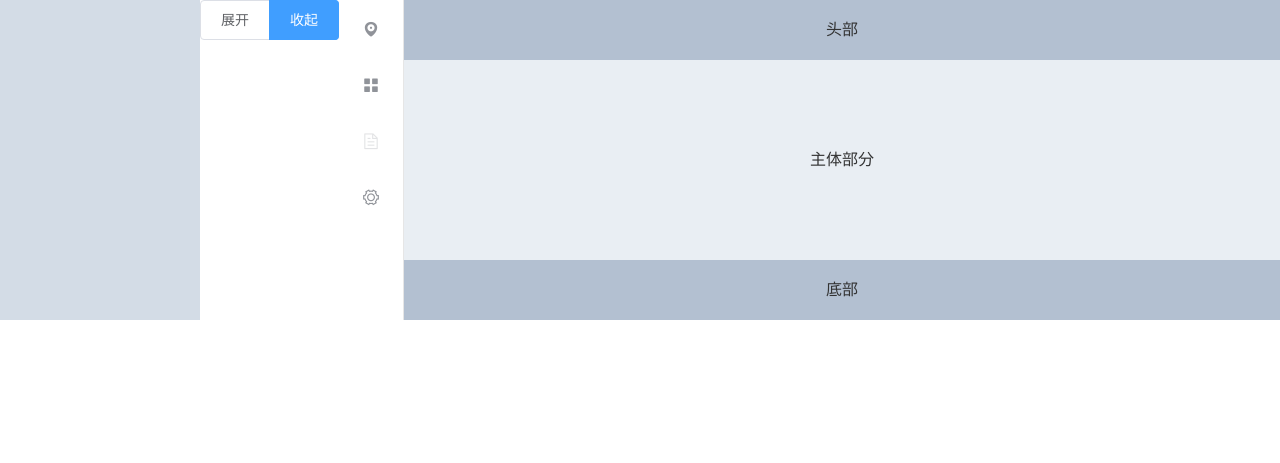
Repository: yshuf/bookstore-Management
Page: /about (app in bookstore-management/)
These files come from the project's save history. The page is drawn as it stood at one moment and after the next save; the edit follows.
The browser window is 1280 px wide. The pictures show the whole page.
The project was rebuilt for these pictures with package versions that can differ from the ones it lists, and the page was loaded fresh each time. Also part of the build but not shown: bookstore-management/vue.config.js, bookstore-management/src/components/HelloWorld.vue, bookstore-management/src/views/Home.vue, bookstore-management/src/views/About.vue.

Above is the page before, as saved 2020-03-06 19:02:05.

### bookstore-management/src/main.ts
import Vue from 'vue'
import App from './App.vue'
import './registerServiceWorker'
import router from './router'
import store from './store'
import ElementUI from 'element-ui'
import 'element-ui/lib/theme-chalk/index.css'

Vue.use(ElementUI)
Vue.config.productionTip = false

new Vue({
  router,
  store,
  render: h => h(App)
}).$mount('#app')

### bookstore-management/src/App.vue
<template>
  <div id="app">
       <el-container>
            <el-aside width="200px">
                </el-aside><el-radio-group v-model="isCollapse" style="margin-bottom: 20px;">
                    <el-radio-button :label="false">展开</el-radio-button>
                    <el-radio-button :label="true">收起</el-radio-button>
                </el-radio-group>
                <el-menu default-active="1-4-1" class="el-menu-vertical-demo" @open="handleOpen" @close="handleClose" :collapse="isCollapse">
                  <el-submenu index="1">
                    <template slot="title">
                      <i class="el-icon-location"></i>
                      <span slot="title">导航一</span>
                    </template>
                    <el-menu-item-group>
                      <span slot="title">分组一</span>
                      <el-menu-item index="1-1">选项1</el-menu-item>
                      <el-menu-item index="1-2">选项2</el-menu-item>
                    </el-menu-item-group>
                    <el-menu-item-group title="分组2">
                      <el-menu-item index="1-3">选项3</el-menu-item>
                    </el-menu-item-group>
                    <el-submenu index="1-4">
                      <span slot="title">选项4</span>
                      <el-menu-item index="1-4-1">选项1</el-menu-item>
                    </el-submenu>
                  </el-submenu>
                  <el-menu-item index="2">
                    <i class="el-icon-menu"></i>
                    <span slot="title">导航二</span>
                  </el-menu-item>
                  <el-menu-item index="3" disabled>
                    <i class="el-icon-document"></i>
                    <span slot="title">导航三</span>
                  </el-menu-item>
                  <el-menu-item index="4">
                    <i class="el-icon-setting"></i>
                    <span slot="title">导航四</span>
                  </el-menu-item>
                </el-menu>
            </el-aside>
            <el-container>
              <el-header>头部</el-header>
              <el-main>主体部分</el-main>
              <el-footer>底部</el-footer>
            </el-container>
        </el-container>
    <!-- <div id="nav">
      <router-link to="/">首页</router-link> |
      <router-link to="/about">登录</router-link>
    </div>
    <router-view/> -->
  </div>
</template>

<script>
export default {
    data () {
        return {
            isCollapse: true
        }
    },
    methods: {
       handleOpen (key, keyPath) {
            console.log(key, keyPath)
       },
       handleClose (key, keyPath) {
            console.log(key, keyPath)
       }
    }
}
</script>

<style lang="less">
body,html {
    margin: 0;
    padding: 0;
}
#app {
  font-family: Avenir, Helvetica, Arial, sans-serif;
  -webkit-font-smoothing: antialiased;
  -moz-osx-font-smoothing: grayscale;
  text-align: center;
  color: #2c3e50;
}
.el-header, .el-footer {
  background-color: #B3C0D1;
  color: #333;
  text-align: center;
  line-height: 60px;
}

.el-aside {
  background-color: #D3DCE6;
  color: #333;
  text-align: center;
  line-height: 200px;
}

.el-main {
  background-color: #E9EEF3;
  color: #333;
  text-align: center;
  line-height: 160px;
}

body > .el-container {
  margin-bottom: 40px;
}

.el-container:nth-child(5) .el-aside,
.el-container:nth-child(6) .el-aside {
  line-height: 260px;
}

.el-container:nth-child(7) .el-aside {
  line-height: 320px;
}

#nav {
  padding: 30px;

  a {
    font-weight: bold;
    color: #2c3e50;

    &.router-link-exact-active {
      color: #42b983;
    }
  }
}
</style>

Loaded but not shown: bookstore-management/public/index.html (common file); bookstore-management/src/registerServiceWorker.ts (common file); bookstore-management/src/router/index.ts (common file); bookstore-management/src/store/index.ts (common file)

After the next save:
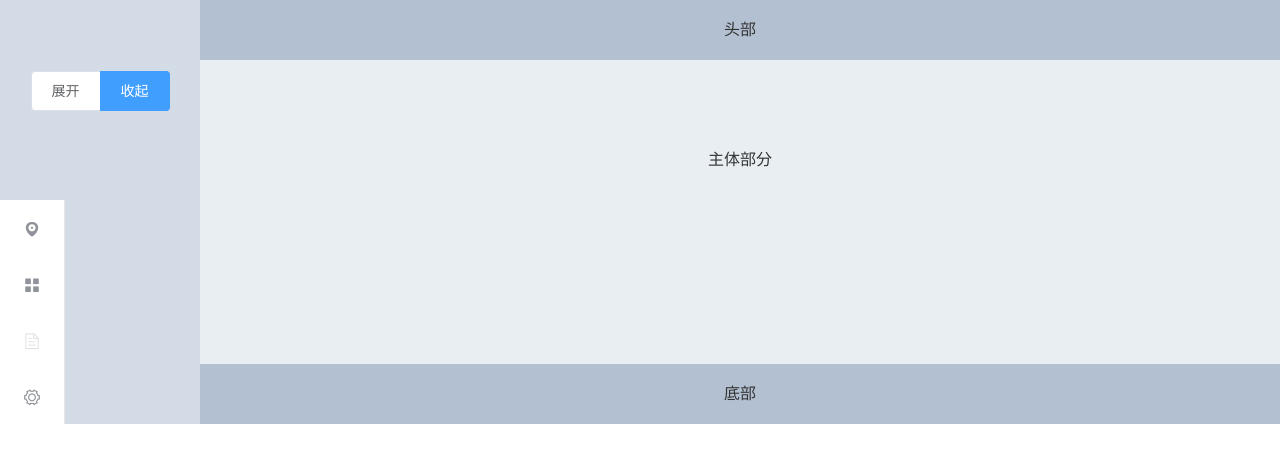
Saved 6 min 38 s later.
--- a/bookstore-management/src/App.vue
+++ b/bookstore-management/src/App.vue
@@ -2,7 +2,7 @@
   <div id="app">
        <el-container>
             <el-aside width="200px">
-                </el-aside><el-radio-group v-model="isCollapse" style="margin-bottom: 20px;">
+                <el-radio-group v-model="isCollapse" style="margin-bottom: 20px;">
                     <el-radio-button :label="false">展开</el-radio-button>
                     <el-radio-button :label="true">收起</el-radio-button>
                 </el-radio-group>
